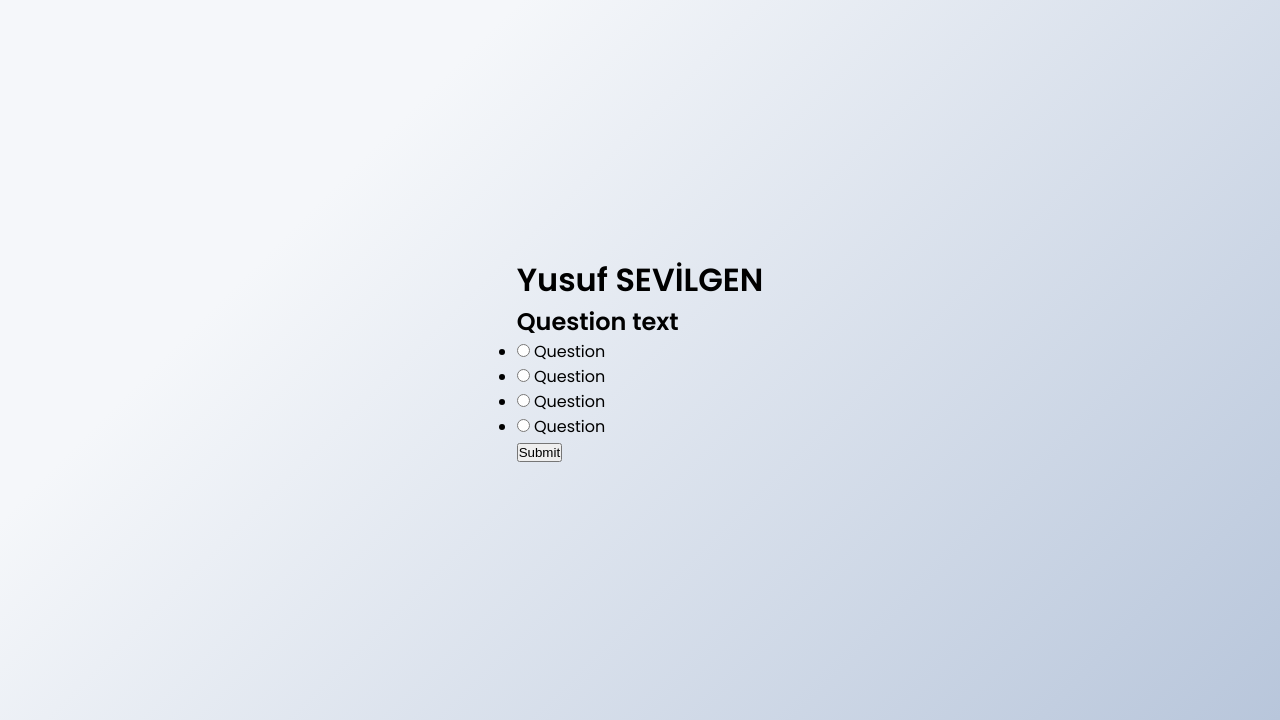
Repository: sevilgenysf/javascript-two
Page: index.html
These files come from the project's save history. The page is drawn as it stood at one moment and after the next save; the edit follows.
The browser window is 1280 px wide. The pictures show the whole page.

Above is the page before, as saved 2022-02-27 15:11:42.
Console error: SyntaxError: Unexpected token '{'

After the next save:
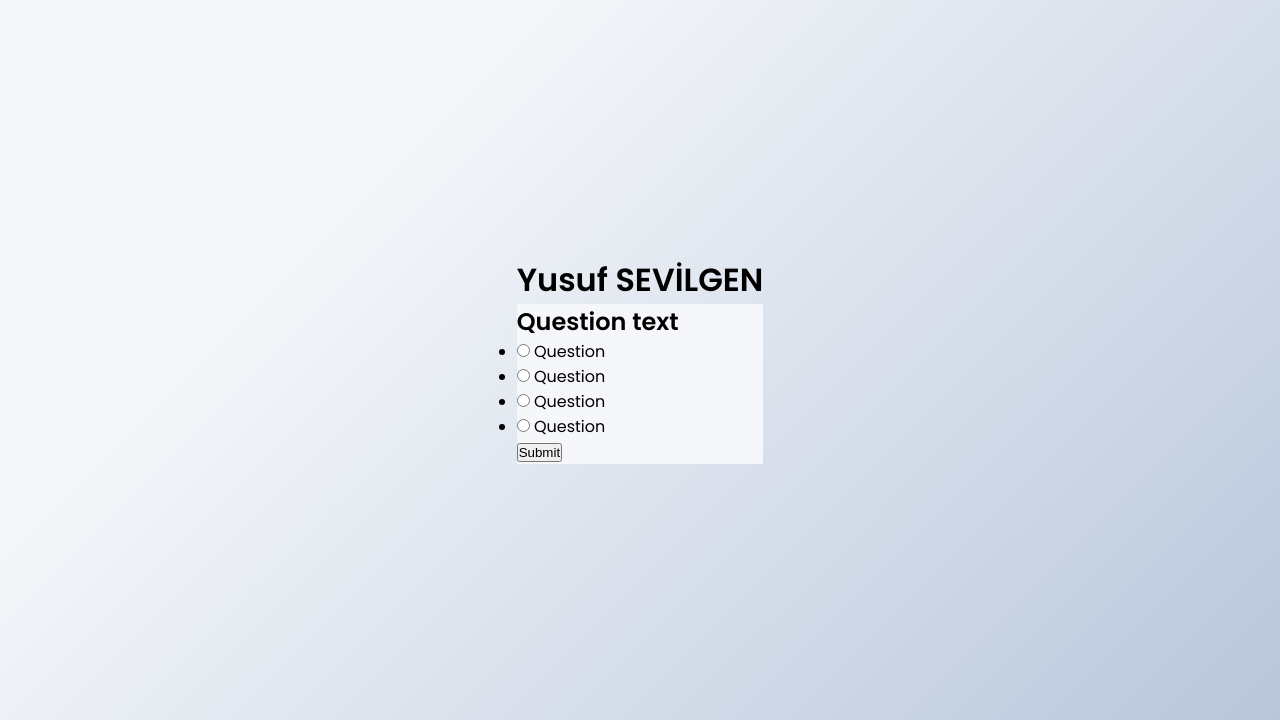
Saved 56 s later.
--- a/style.css
+++ b/style.css
@@ -15,3 +15,7 @@ body {
 	font-family: 'Poppins', sans-serif;
 	min-height: 100vh;
 }
+
+.quiz-container {
+	background-color: #f5f7fa;
+}
